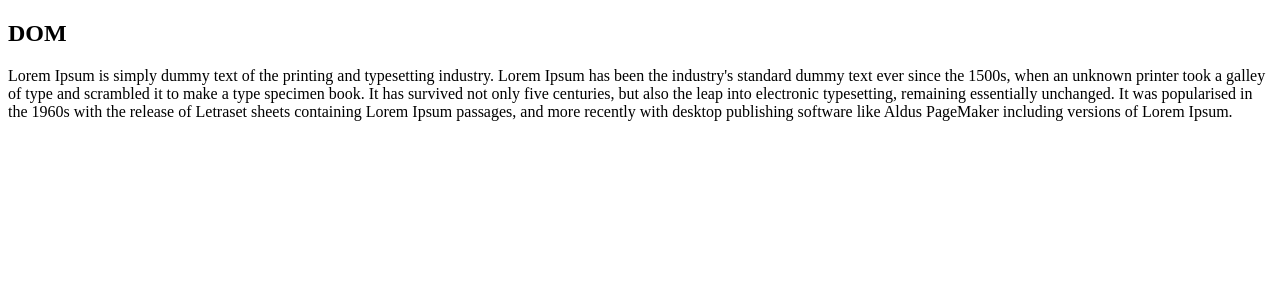
Repository: arindamslt/JEECoding
Page: JEE_FRONTEND/src/main/webapp/07JavascriptEventHandelling2.html
The author's editor kept a copy of each file at every save. The page is drawn from the files as they stood at one save, then again after the next save.
The browser window is 1280 px wide. The pictures show the whole page.

Above is the page before, as saved 2025-07-17 06:53:53.

After the next save:
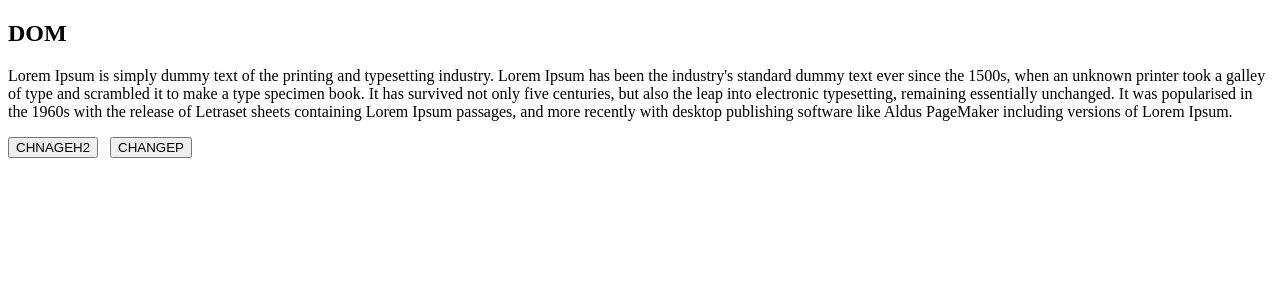
Saved 107 s later.
--- a/JEE_FRONTEND/src/main/webapp/07JavascriptEventHandelling2.html
+++ b/JEE_FRONTEND/src/main/webapp/07JavascriptEventHandelling2.html
@@ -17,7 +17,9 @@
 </script>
 </head>
 <body>
-<h2 id="hid" onchange="changeH2()">DOM</h2>
-<p id="pid" onchange="changeP()">Lorem Ipsum is simply dummy text of the printing and typesetting industry. Lorem Ipsum has been the industry's standard dummy text ever since the 1500s, when an unknown printer took a galley of type and scrambled it to make a type specimen book. It has survived not only five centuries, but also the leap into electronic typesetting, remaining essentially unchanged. It was popularised in the 1960s with the release of Letraset sheets containing Lorem Ipsum passages, and more recently with desktop publishing software like Aldus PageMaker including versions of Lorem Ipsum.</p>
+<h2 id="hid" >DOM</h2>
+<p id="pid" >Lorem Ipsum is simply dummy text of the printing and typesetting industry. Lorem Ipsum has been the industry's standard dummy text ever since the 1500s, when an unknown printer took a galley of type and scrambled it to make a type specimen book. It has survived not only five centuries, but also the leap into electronic typesetting, remaining essentially unchanged. It was popularised in the 1960s with the release of Letraset sheets containing Lorem Ipsum passages, and more recently with desktop publishing software like Aldus PageMaker including versions of Lorem Ipsum.</p>
+<button>CHNAGEH2</button>&nbsp;&nbsp;
+<button>CHANGEP</button>
 </body>
 </html>
